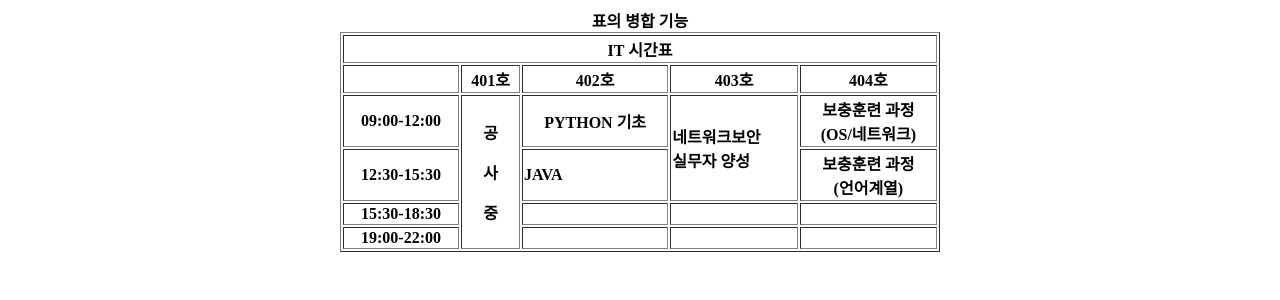
Repository: thswlsqls/JspWorkspace
Page: html/quiz_time.html
An editor plug-in stored every save of this project. The page is shown before and after the next save, followed by the edit.
The browser window is 1280 px wide. The pictures show the whole page.

Above is the page before, as saved 2021-04-09 08:39:21.

After the next save:
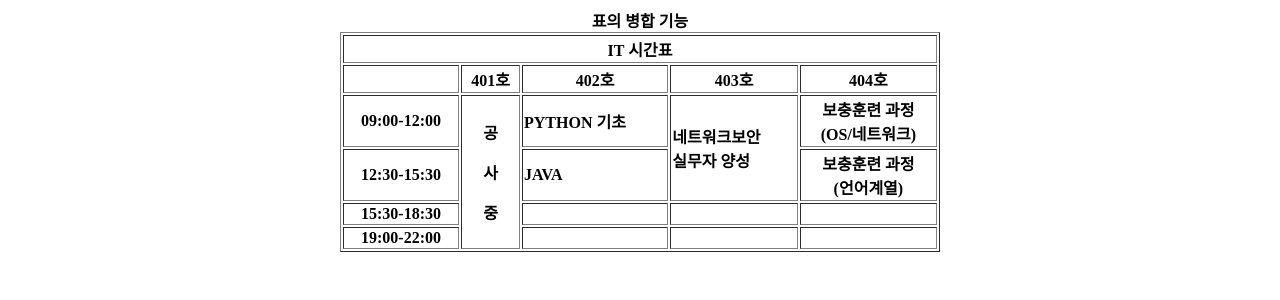
Saved 16 s later.
--- a/html/quiz_time.html
+++ b/html/quiz_time.html
@@ -14,7 +14,7 @@
 			<th></th><th>401호</th><th>402호</th><th>403호</th><th>404호</th>
 		</tr>
 		<tr>
-			<th align="center">09:00-12:00</th><th rowspan="4"><p>공</p><p>사</p><p>중</p></th><th>PYTHON 기초</th><th rowspan="2" align="left">네트워크보안<br>실무자 양성</th><th>보충훈련 과정<br>(OS/네트워크)</th>
+			<th align="center">09:00-12:00</th><th rowspan="4"><p>공</p><p>사</p><p>중</p></th><th align="left">PYTHON 기초</th><th rowspan="2" align="left">네트워크보안<br>실무자 양성</th><th>보충훈련 과정<br>(OS/네트워크)</th>
 		</tr>
 		<tr>
 			<th align="center">12:30-15:30</th><th align="left">JAVA</th><th>보충훈련 과정<br>(언어계열)</th>
